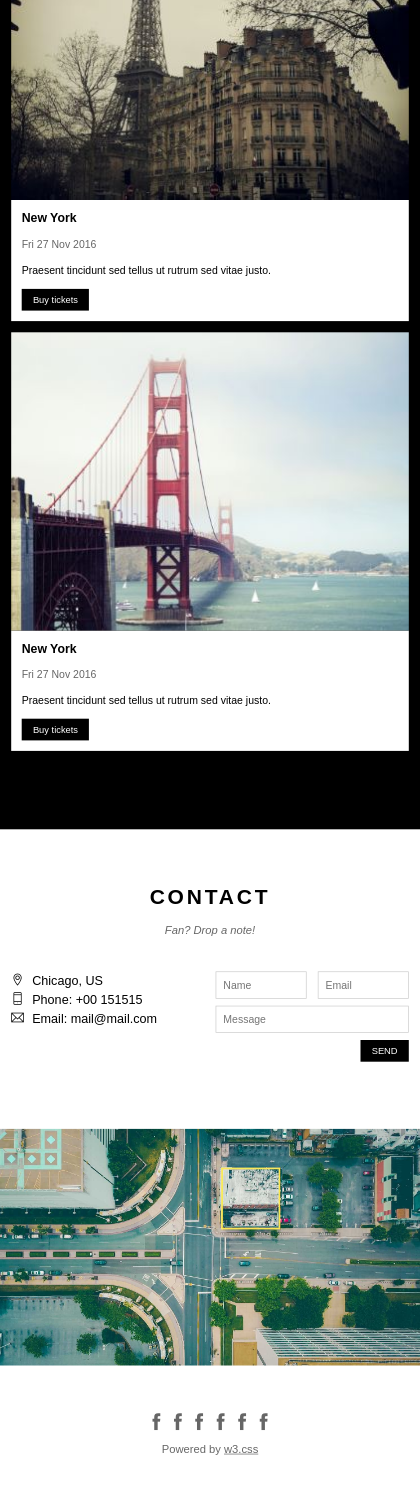
Repository: Bakyproit/the-Band
Page: index.html
An editor plug-in stored every save of this project. The page is shown before and after a run of saves, followed by the edit.
The browser window is 600 px wide. The pictures show the part of the page from y = 3224 to 5464 px (the page is 5383 px tall before and 5464 px after), at 70% of full size.

Above is the page before, as saved 2022-01-03 23:27:55.

After the next 2 saves:
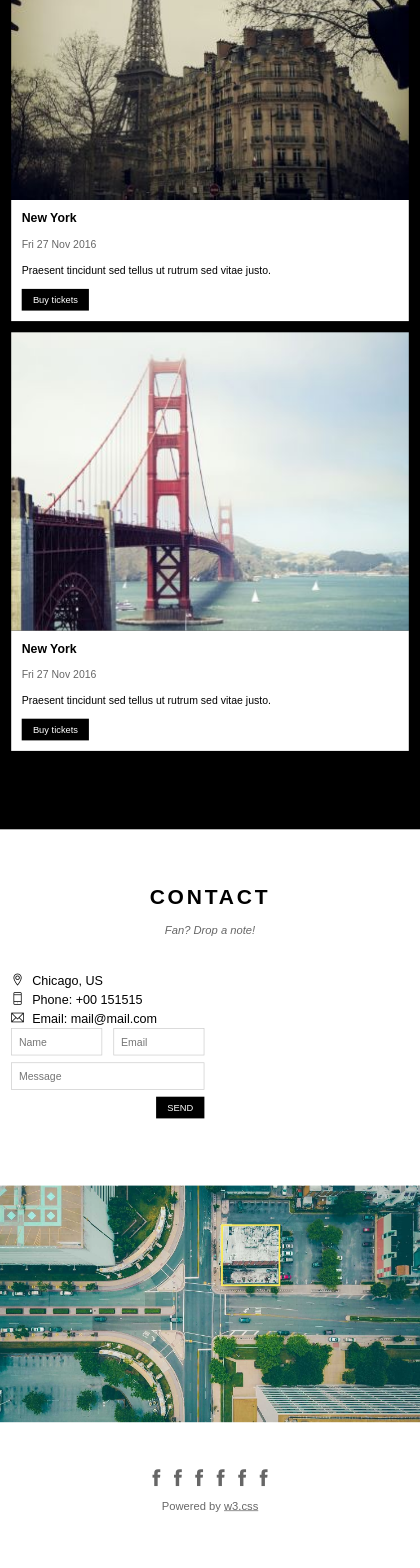
The 2 saves are shown as one change because they came seconds apart.
The last was saved 6 s later.
--- a/assets/css/reponsive.css
+++ b/assets/css/reponsive.css
@@ -42,7 +42,9 @@
         width: 100%;
     }
     /* contact */
-    .contact-info
+    .contact-info{
+        width: 100%;
+    }
 }
 
 /* tablet */
